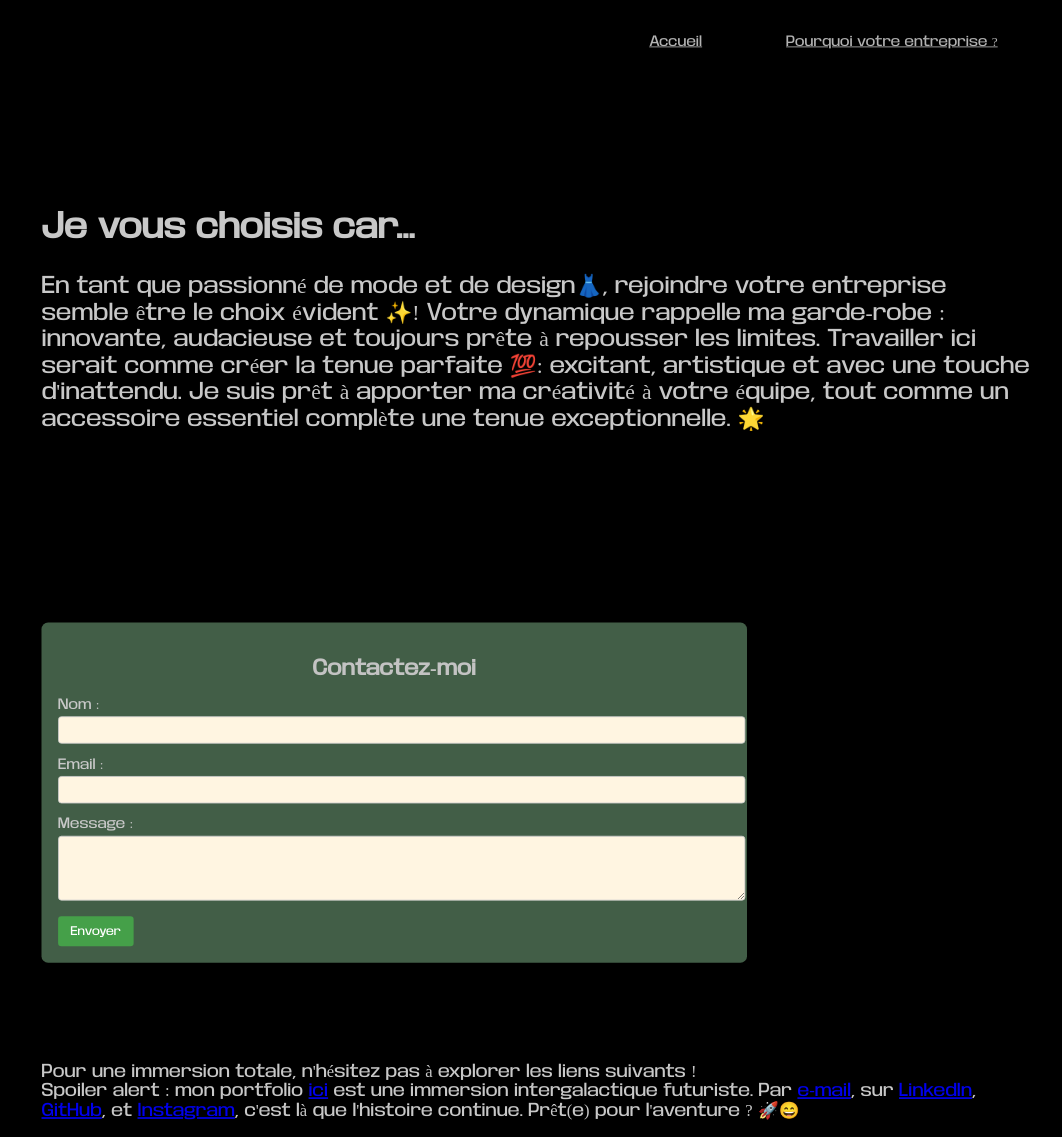
Repository: inessben/application
Page: about/about.html
An editor plug-in stored every save of this project. The page is shown before and after the next save, followed by the edit.
The browser window is 1280 px wide. The pictures show the whole page, at 83% of full size.

Above is the page before, as saved 2023-12-03 23:56:09.

### about/about.html
<!DOCTYPE html>
<html lang="en">
<head>
    <meta charset="UTF-8">
    <meta name="viewport" content="width=device-width, initial-scale=1.0">
    <!-- generate the icon -->
    <link rel="apple-touch-icon" sizes="180x180" href="/favicon/apple-touch-icon.png">
    <link rel="icon" type="image/png" sizes="32x32" href="/favicon/favicon-32x32.png">
    <link rel="icon" type="image/png" sizes="16x16" href="/favicon/favicon-16x16.png">
    <link rel="manifest" href="/favicon/site.webmanifest">
    <link rel="mask-icon" href="/favicon/safari-pinned-tab.svg" color="#5bbad5">
    <meta name="msapplication-TileColor" content="#da532c">
    <!--  -->
    <meta name="theme-color" content="#ffffff">
    <title>#slowlyApplication</title>
    <link rel="stylesheet" href="about.css">
<script>
    document.addEventListener("DOMContentLoaded", function() {
        var formInputs = document.querySelectorAll("#contact-form input, #contact-form textarea")

        formInputs.forEach(function(input) {
            input.addEventListener("click", function() {
                alert("Bien joué ! Vous avez débloqué la quête secrète ! 🚀\n\nPour compléter cette mission, vous devez scroller encore un peu👇, pour trouver mes coordonnées. Les pigeons voyageurs fonctionnent aussi, mais c'est un peu rétro. 😉")
            })
        })
    })
</script>
</head>
<body>
    <section id="nav-header">
        <header class="nav-links">
            <a href="/index.html" class="link">Accueil</a>
            <a href="/company/company.html" class="link">Pourquoi votre entreprise ?</a>
        </header>
    </section>
    <section id="description">
        <h1>Je vous choisis car...</h1>
        <p> En tant que passionné de mode et de design👗, rejoindre votre entreprise semble être le choix évident ✨! Votre dynamique rappelle ma garde-robe : innovante, audacieuse et toujours prête à repousser les limites. Travailler ici serait comme créer la tenue parfaite 💯: excitant, artistique et avec une touche d'inattendu. Je suis prêt à apporter ma créativité à votre équipe, tout comme un accessoire essentiel complète une tenue exceptionnelle. 🌟 </p>
    </section>

    <section id="contact-form-container">
        <form id="contact-form">
        <h2>Contactez-moi</h2>

        <label for="name">Nom :</label>
        <input type="text" id="name" name="name" required>

        <label for="email">Email :</label>
        <input type="email" id="email" name="email" required>

        <label for="message">Message :</label>
        <textarea id="message" name="message" rows="4" required></textarea>

        <button type="submit">Envoyer</button>
        </form>
    </section>

    <footer>
        <p>Pour une immersion totale, n'hésitez pas à explorer les liens suivants !
            <br>Spoiler alert : mon portfolio <a href="https://iness-portfolio.vercel.app/">ici</a> est une immersion intergalactique futuriste. Par <a href="mailto:ine.benss@gmail.com">e-mail</a>, sur <a href="https://www.linkedin.com/in/iness-benaissa/">LinkedIn</a>, <a href="lien-vers-ton-github">GitHub</a>, et <a href="lien-vers-ton-insta">Instagram</a>, c'est là que l'histoire continue. Prêt(e) pour l'aventure ? 🚀😄</p>
    </footer>

</body>
</html>

### about/about.css

@font-face {
    font-family: "Jolley";
    src: url("/fonts/jolley.woff");
    }

@font-face {
    font-family: "Base Neue";
    src: url("/fonts/base-neue.ttf");
    }

::-webkit-scrollbar {
    width: 8px;
    }

::-webkit-scrollbar-track {
    background-color: #000;
    }

::-webkit-scrollbar-thumb {
    background-color: #4b4b4b;
    border-radius: 4px;
    }

::-webkit-scrollbar-thumb:hover {
    opacity: 0.7;
    }

body {
    margin: 0;
    font-family: "Base Neue";
    background-color: #000000;
    color: #c8c8c8;
    padding: 0;
    }

#nav-header {
    position: absolute;
    top: 30px;
    right: 20px;
    font-size: 16px;
    font-weight: 500;
    padding: 10px;
    }

.link {
    padding: 8px;
    text-decoration: #b3b3b3 underline;
    color: #b3b3b3;
    margin: auto 40px;
    }

.link:hover {
    opacity: 0.7;
    }

#description{
    position: relative;
    top: 200px;
    font-size: 26px;
    margin: 50px;
    width: 1200px;
    color: #c8c8c8;
    }

#contact-form-container {
    position: absolute;
    margin: 50px;
    top: 700px;
    width: 850px;
    }

#contact-form {
    position: absolute;
    background-color: #425E47;
    padding: 20px;
    border-radius: 8px;
    box-shadow: 0 4px 8px rgba(0, 0, 0, 0.1);
    transition: transform 0.3s ease-in-out;
    }

#contact-form h2 {
    text-align: center;
    color: #c3c3c3;
    }

#contact-form label {
    margin-top: 10px;
    }

#contact-form input,
#contact-form textarea {
    width: 100%;
    padding: 8px;
    margin-top: 5px;
    margin-bottom: 15px;
    background-color: #FFF5E1;
    border: 1px solid #ccc;
    border-radius: 4px;
    }

#contact-form button {
    background-color: #45a049;
    font-family: "Base Neue";
    color: white;
    align-items: center;
    border: 1px #425E47;
    padding: 10px 15px;
    border-radius: 4px;
    cursor: pointer;
    transition: background-color 0.3s ease-in-out;
    }

#contact-form button:hover {
    background-color: #45a049;
    }

#contact-form-container:hover #contact-form {
    transform: rotate(5deg);
    }

footer
{
    position: absolute;
    bottom: -700px;
    font-size: 20px;
    margin: 50px;
}

After the next save:
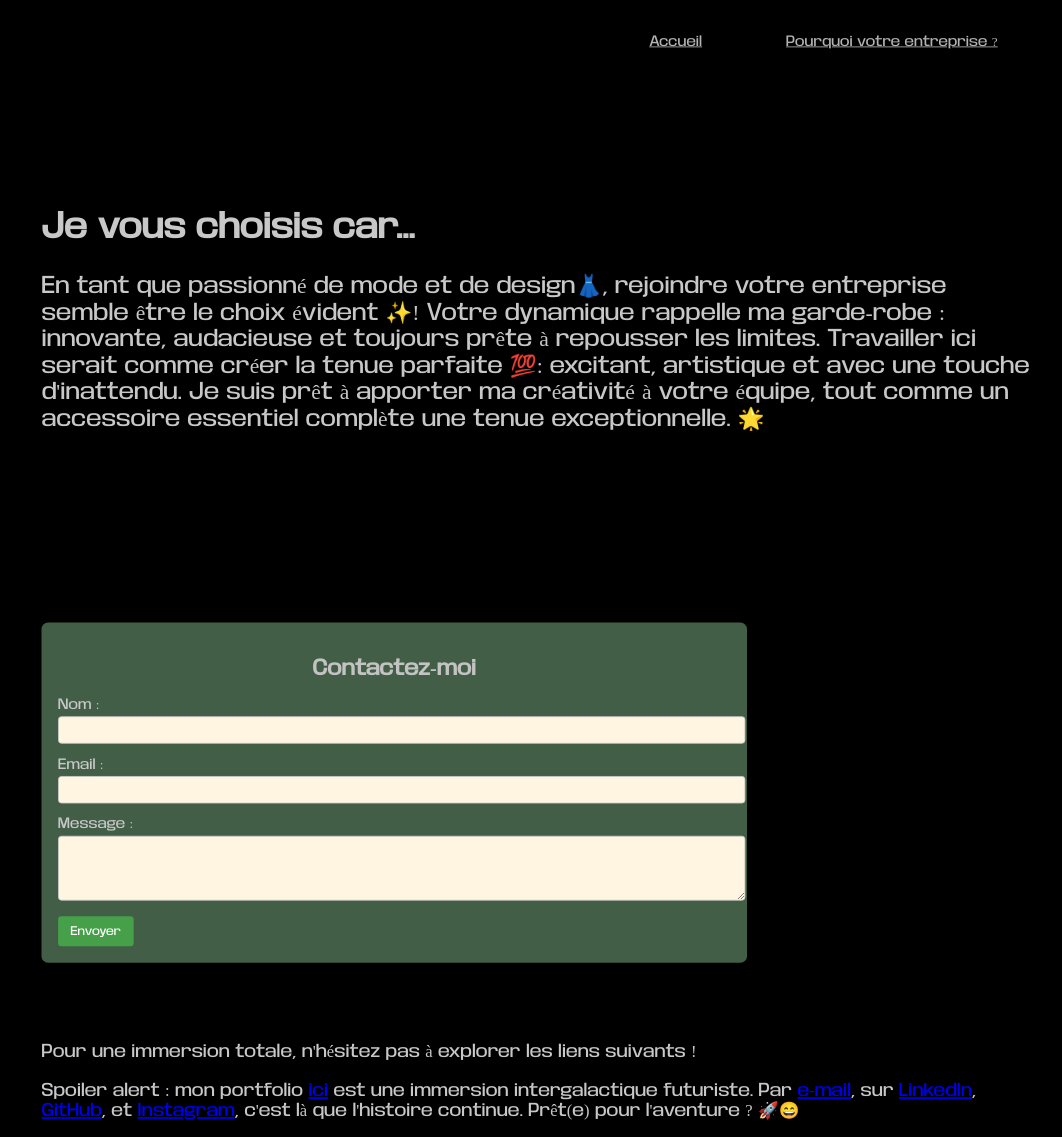
Saved 20 s later.
--- a/about/about.html
+++ b/about/about.html
@@ -57,7 +57,7 @@
 
     <footer>
         <p>Pour une immersion totale, n'hésitez pas à explorer les liens suivants !
-            <br>Spoiler alert : mon portfolio <a href="https://iness-portfolio.vercel.app/">ici</a> est une immersion intergalactique futuriste. Par <a href="mailto:ine.benss@gmail.com">e-mail</a>, sur <a href="https://www.linkedin.com/in/iness-benaissa/">LinkedIn</a>, <a href="lien-vers-ton-github">GitHub</a>, et <a href="lien-vers-ton-insta">Instagram</a>, c'est là que l'histoire continue. Prêt(e) pour l'aventure ? 🚀😄</p>
+            <br><br>Spoiler alert : mon portfolio <a href="https://iness-portfolio.vercel.app/">ici</a> est une immersion intergalactique futuriste. Par <a href="mailto:ine.benss@gmail.com">e-mail</a>, sur <a href="https://www.linkedin.com/in/iness-benaissa/">LinkedIn</a>, <a href="lien-vers-ton-github">GitHub</a>, et <a href="lien-vers-ton-insta">Instagram</a>, c'est là que l'histoire continue. Prêt(e) pour l'aventure ? 🚀😄</p>
     </footer>
 
 </body>
